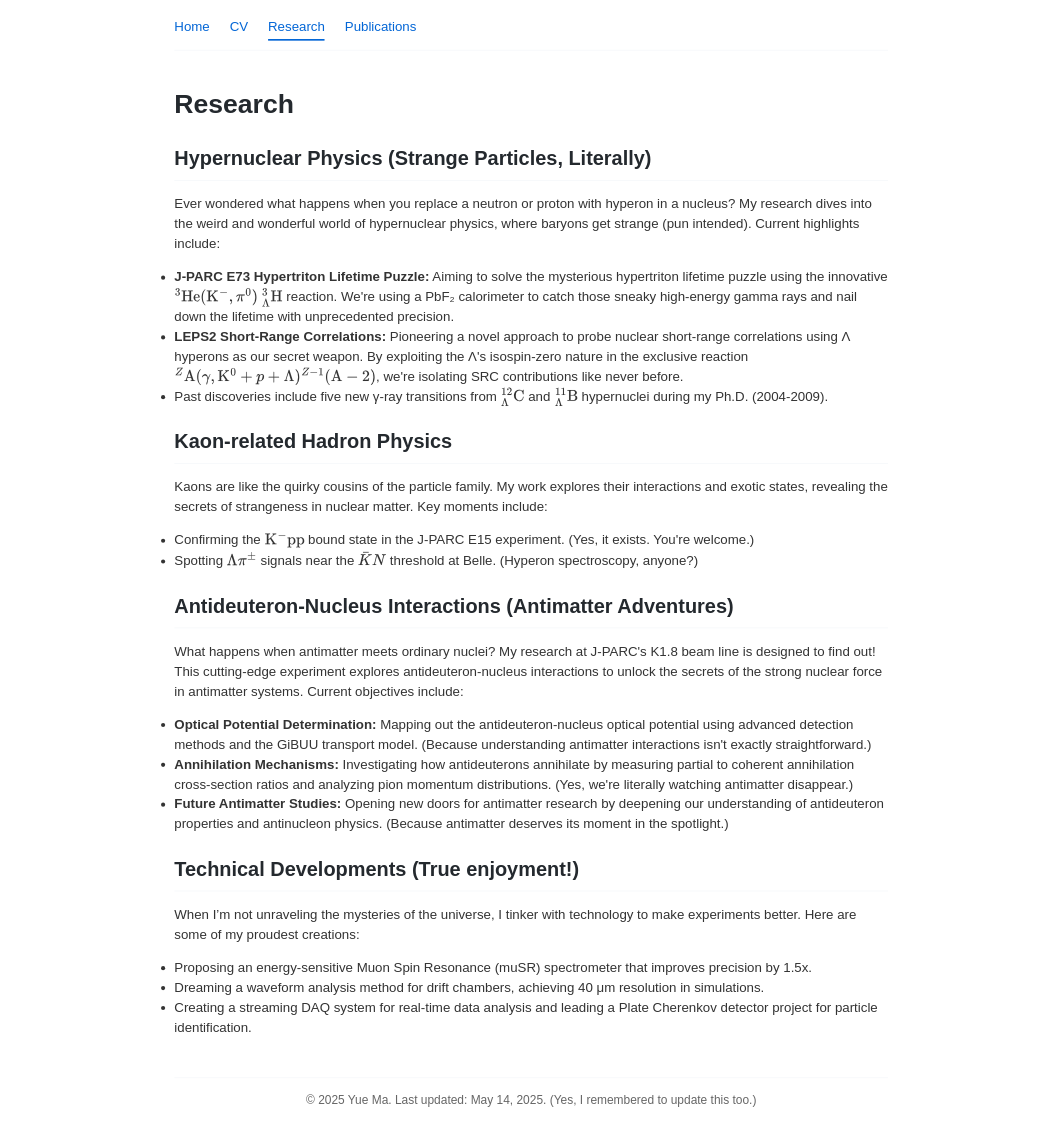
Repository: ymaphys/ymaphys.github.io
Page: research.html
An editor plug-in stored every save of this project. The page is shown before and after the next save, followed by the edit.
The browser window is 1280 px wide. The pictures show the whole page, at 83% of full size.

Above is the page before, as saved 2025-05-30 07:39:51.
Console error: TypeError: Cannot set properties of null (setting 'textContent')

After the next save:
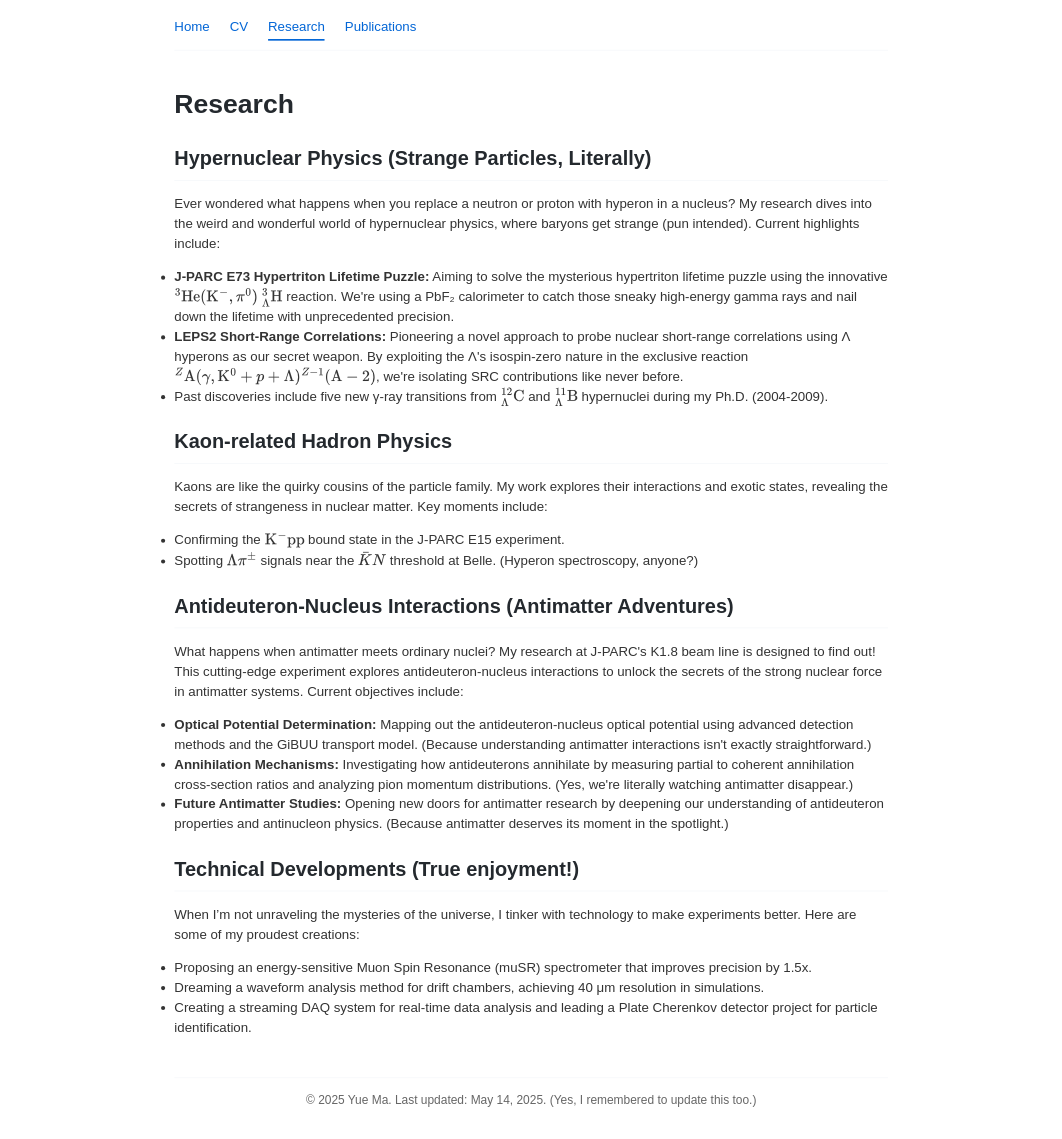
Saved 31 s later.
--- a/research.html
+++ b/research.html
@@ -84,7 +84,7 @@
             <ul>
                 <li>
                     Confirming the <span class="math inline">$\mathrm{K}^{-} \mathrm{pp}$</span>
-                    bound state in the J-PARC E15 experiment. (Yes, it exists. You're welcome.)
+                    bound state in the J-PARC E15 experiment.
                 </li>
                 <li>
                     Spotting <span class="math inline">$\Lambda \pi^{\pm}$</span> signals near the
